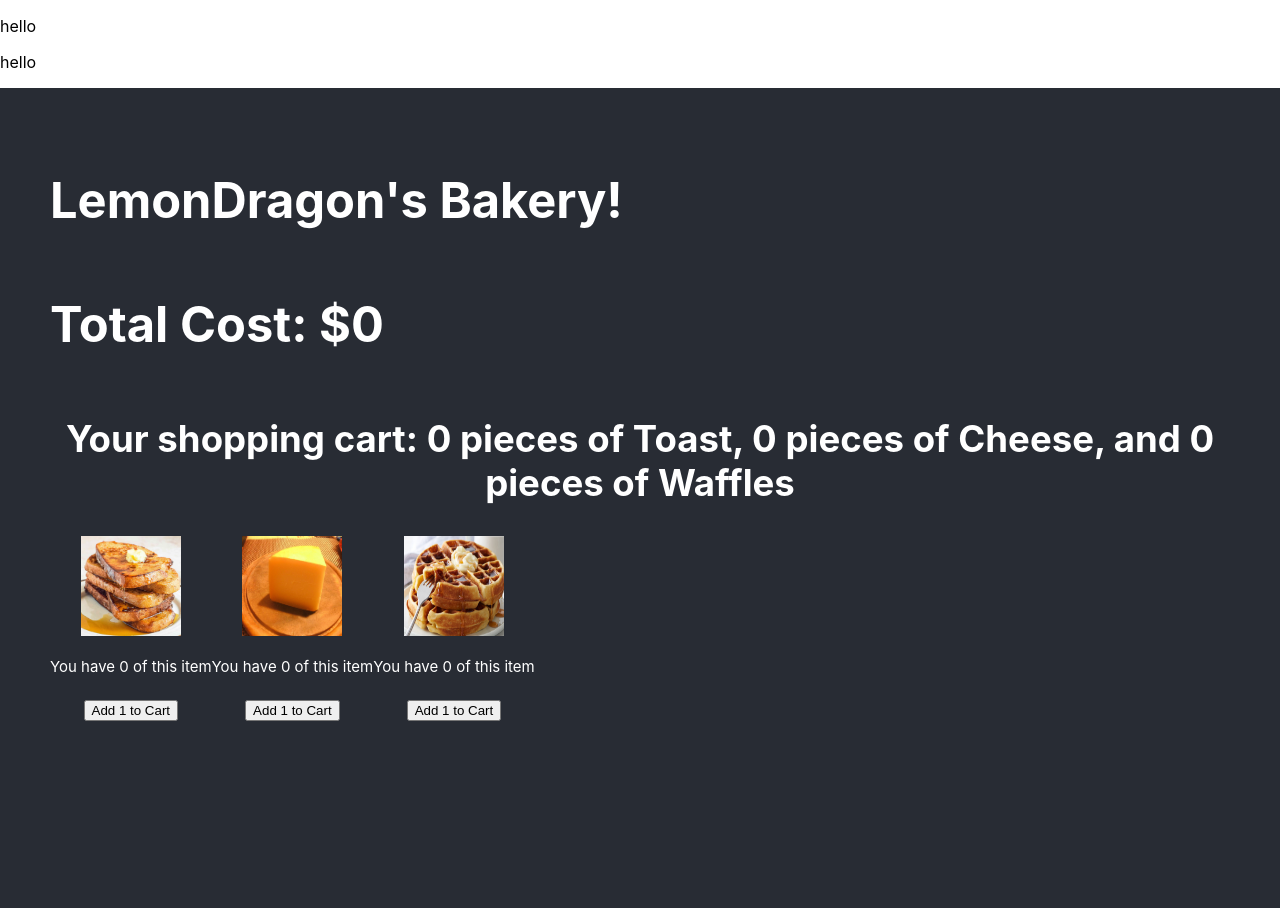
Repository: happydragon200/development
Page: /
These files come from the project's save history. The page is drawn as it stood at one moment and after a run of saves; the edit follows.
The browser window is 1280 px wide. The pictures show the whole page.
The project was rebuilt for these pictures with package versions that can differ from the ones it lists, and the page was loaded fresh each time.

Above is the page before, as saved 2022-12-01 21:36:55.

### src/App.js
import React, { useState } from 'react'
import baguette from './images/baguette.jpg'
import toast from './images/toast.png'
import cheese from './images/cheese.jpg'
import waffle from './images/waffle.jpg'
import Container from 'react-bootstrap/Container'
import Nav from 'react-bootstrap/Nav'
import Navbar from 'react-bootstrap/Navbar'
import NavDropdown from 'react-bootstrap/NavDropdown'
import './App.css'

function App() {
  return (
    <div>
      <div>
        <FilterBar />
      </div>
      <div className="App">
        <header className="App-header">
          <h1>LemonDragon's Bakery!</h1>
          <Menu />
        </header>
      </div>
    </div>
  )
}

function FilterBar() {
  const typeButton = FilterButton()
  const largeButton = FilterButton()

  const buttons = [typeButton, largeButton]

  return <div>{buttons}</div>
}

function FilterButton() {
  return (
    <div>
      <p>hello</p>
    </div>
  )
}

function Menu() {
  const [toast_count, toast_setcount] = useState(0)
  const [cheese_count, cheese_setcount] = useState(0)
  const [waffle_count, waffle_setcount] = useState(0)

  const toast_price = 5
  const cheese_price = 10
  const waffle_price = 100

  const [type, setType] = useState('ALL')

  var foods = [
    {
      name: 'toast',
      type: 'bread',
      price: 5,
      img: { toast },
      count: { toast_count },
    },
    {
      name: 'cheese',
      type: 'protein',
      price: 10,
      img: { cheese },
      count: { cheese_count },
    },
    {
      name: 'waffle',
      type: 'bread',
      price: 100,
      img: { waffle },
      count: { waffle_count },
    },
  ]

  return (
    <>
      <h1>
        Total Cost: $
        {toast_count * toast_price +
          cheese_count * cheese_price +
          waffle_count * waffle_price}
      </h1>
      <h2>
        Your shopping cart: {toast_count} pieces of Toast, {cheese_count} pieces
        of Cheese, and {waffle_count} pieces of Waffles
      </h2>

      <div className="flex-parent">
        <BakeryItem
          className="inline"
          img={toast}
          count={toast_count}
          setCount={toast_setcount}
        />
        <BakeryItem
          className="inline"
          img={cheese}
          count={cheese_count}
          setCount={cheese_setcount}
        />
        <BakeryItem
          className="inline"
          img={waffle}
          count={waffle_count}
          setCount={waffle_setcount}
        />
      </div>
    </>
  )
}

function BakeryItem(prop) {
  const { img, count, setCount } = prop

  return (
    <div>
      <img src={img} className="Item-small" />
      <p className="smull">You have {count} of this item</p>
      <button onClick={() => setCount(count + 1)}>Add 1 to Cart</button>

      {count > 0 && (
        <button onClick={() => setCount(count - 1)}>Remove 1 from Cart</button>
      )}
    </div>
  )
}

export default App

### src/App.css
.App {
  text-align: center;
}

.App-logo {
  height: 40vmin;
  pointer-events: none;
}

@media (prefers-reduced-motion: no-preference) {
  .App-logo {
    animation: App-logo-spin infinite 20s linear;
  }
}

.App-header {
  background-color: #282c34;
  min-height: 100vh;
  display: flex;
  flex-direction: column;
  align-items: flex-start;
  justify-content: flex-start;
  font-size: calc(10px + 2vmin);
  padding: 50px 50px 50px 50px;
  color: white;
}

.App-link {
  color: #61dafb;
}

.Item-small {
  height: 100px;
  width: 100px;
}

.inline {
  justify-content: space-around;
}

.flex-parent {
  display: flex;
  justify-content: space-around;

}

.smull {
  font-size: 15px;
}

@keyframes App-logo-spin {
  from {
    transform: rotate(0deg);
  }
  to {
    transform: rotate(360deg);
  }
}

Loaded but not shown: public/index.html (common file); src/index.js (common file); src/index.css (common file)

After the next 2 saves:
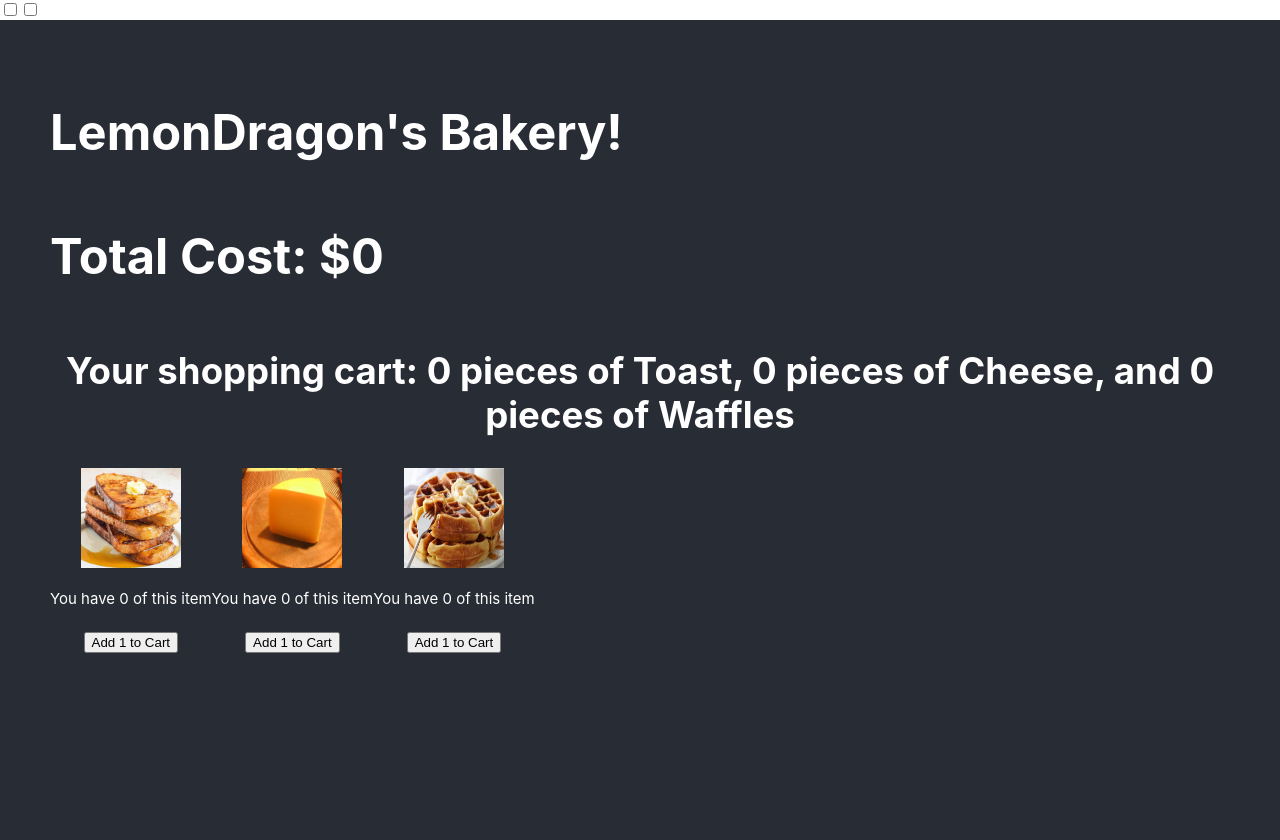
The 2 saves are shown as one change because 1 did not build or start.
The last was saved 2 min 4 s later.
--- a/src/App.js
+++ b/src/App.js
@@ -36,9 +36,14 @@ function FilterBar() {
 
 function FilterButton() {
   return (
-    <div>
-      <p>hello</p>
-    </div>
+    <input
+      type="checkbox"
+      id="topping"
+      name="topping"
+      value="Paneer"
+      // checked={isChecked}
+      // onChange={handleOnChange}
+    />
   )
 }
 
